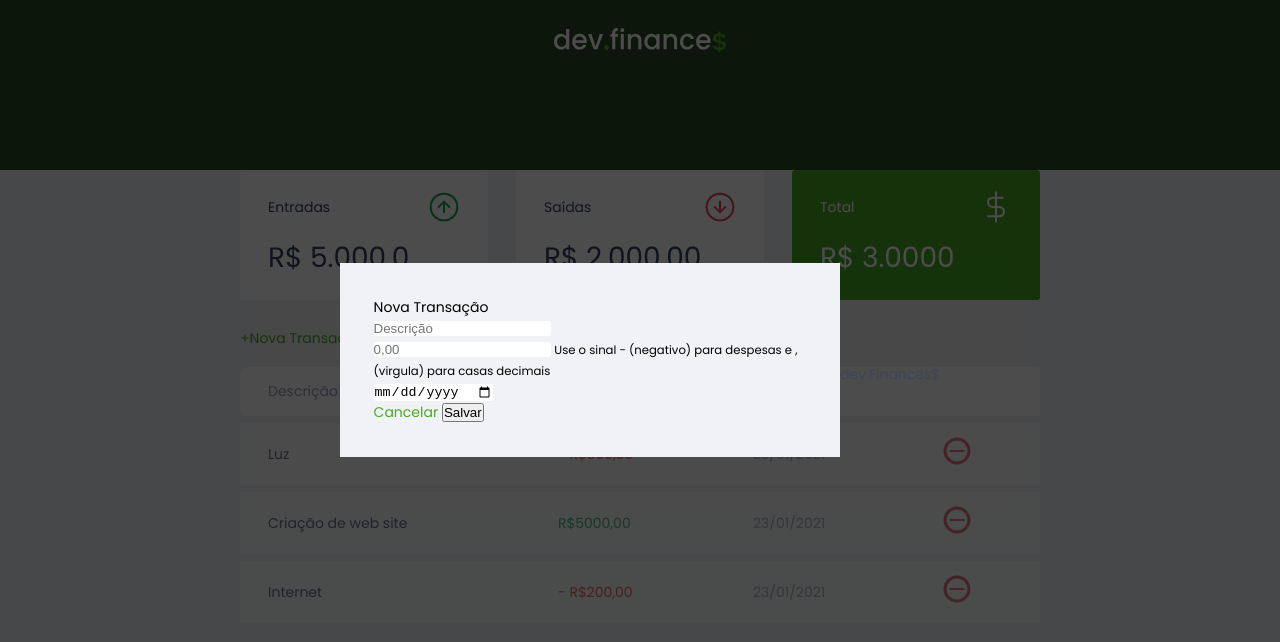
Repository: rafaelmgr12/maratona-dev01
Page: index.html
These files come from the project's save history. The page is drawn as it stood at one moment and after the next save; the edit follows.
The browser window is 1280 px wide. The pictures show the whole page.

Above is the page before, as saved 2021-04-28 13:18:53.

### index.html
<!DOCTYPE html>
<html lang="pt-br">
  <head>
    <meta charset="UTF-8" />
    <meta http-equiv="X-UA-Compatible" content="IE=edge" />
    <meta name="viewport" content="width=device-width, initial-scale=1.0" />
    <title>Rafael-app.finance$</title>
    <link rel="stylesheet" href="style.css" />
    <link rel="preconnect" href="https://fonts.gstatic.com" />
    <link
      href="https://fonts.googleapis.com/css2?family=Poppins:ital,wght@0,100;0,400;0,700;1,100;1,400;1,700&display=swap"
      rel="stylesheet"
    />
  </head>
  <body>
    <header>
      <img src="./assets/logo.svg" alt="Logo dev.Finance" />
    </header>
    <main class="container">
      <section id="balance">
        <h2 class="sr-only">Balanço</h2>

        <div class="card">
          <h3>
            <span>Entradas </span>
            <img src="./assets/income.svg" alt="Imagem de entradas" />
          </h3>
          <p>R$ 5.000,0</p>
        </div>
        <div class="card">
          <h3>
            <span>Saídas</span>
            <img src="./assets/expense.svg" alt="Image de saídas" />
          </h3>
          <p>R$ 2.000,00</p>
        </div>
        <div class="card total">
          <h3>
            <span>Total</span>
            <img src="./assets/total.svg" alt="Image de total" />
          </h3>
          <p>R$ 3.0000</p>
        </div>
      </section>
      <section id="transaction">
        <h2 class="sr-only">Transações</h2>

        <a href="#" class="button new">+Nova Transação</a>

        <table id="data-table">
          <thead>
            <tr>
              <th>Descrição</th>
              <th>Valor</th>
              <th>Data</th>
              <th></th>
            </tr>
          </thead>
          <tbody>
            <tr>
              <td class="description">Luz</td>
              <td class="expense">- R$500,00</td>
              <td class="date">23/01/2021</td>
              <td><img src="./assets/minus.svg" alt="Retirar Transação" /></td>
            </tr>
            <tr>
              <td class="description">Criação de web site</td>
              <td class="income">R$5000,00</td>
              <td class="date">23/01/2021</td>
              <td><img src="./assets/minus.svg" alt="Retirar Transação" /></td>
            </tr>
            <tr>
              <td class="description">Internet</td>
              <td class="expense">- R$200,00</td>
              <td class="date">23/01/2021</td>
              <td><img src="./assets/minus.svg" alt="Retirar Transação" /></td>
            </tr>
          </tbody>
        </table>
      </section>
    </main>
    <div class="modal-overlay active">
      <div class="modal">
        Nova Transação
        <form action="">
          <div class="input-group">
            <label class="sr-only" for="description"> Descrição </label>
            <input
              type="text"
              id="description"
              name="description"
              placeholder="Descrição"
            />
          </div>
          <div class="input-group">
            <label class="sr-only" for="amount"> Valor </label>
            <input
              type="number"
              step="0.01"
              id="amount"
              name="amount"
              placeholder="0,00"
            />
            <small class="help">
              Use o sinal - (negativo) para despesas e , (virgula) para casas
              decimais
            </small>
            <div class="input-group">
              <label class="sr-only" for="date"> Data </label>
              <input
                type="date"
                step="0.01"
                id="date"
                name="date"
              />
          </div>
          <div class="input-group actions">
            <a href="#" class="button cancel"> Cancelar</a>
            <button>Salvar</button>
          </div>
        </form>
      </div>
    </div>
    <footer>dev.Finances$</footer>
  </body>
</html>

### style.css
/* Global ======================================== */
:root {
  --dark-blue: #363f5f;
}
* {
  margin: 0;
  padding: 0;
  box-sizing: border-box;
}

html {
  font-size: 93.75%; /* 15px */
}

body {
  background: #f0f2f5;
  font-family: "Poppins", sans-serif;
}
/*Tricks para sumir elementos da tela, mantendo a funcionalidade de um screenreader*/
.sr-only {
  position: absolute;
  width: 1px;
  height: 1px;
  padding: 0;
  margin: -1px;
  overflow: hidden;
  clip: rect(0, 0, 0, 0);
  white-space: nowrap;
  border-width: 0;
}
.container {
  width: min(90vw, 800px);
  margin: auto;
}
/* Titles ======================================== */
h2 {
  margin-top: 3.2rem;
  margin-bottom: 0.8rem;
  color: var(--dark-blue);

  font-weight: normal;
}
/* Links and Buttons ======================================== */
a {
  color: #49aa26;
  text-decoration: none;
}

a:hover {
  color: #3dd705;
}

.button.new {
  display: inline-block;
  margin-bottom: 0.8rem;
}

/* Header ======================================== */
header {
  background: #2d4a22;
  padding: 2rem 0 8rem;
  text-align: center;
}

#logo {
  color: #fff;
  font-weight: 100;
}

/* Balance ======================================== */
balance {
  margin-top: -8rem;
}

balance h2 {
  color: white;
  margin-top: 0;
}

/* Cards ======================================== */

.card {
  background: white;
  padding: 1.5rem 2rem;
  border-radius: 0.25rem;

  margin-bottom: 2rem;

  color: var(--dark-blue);
}

.card h3 {
  font-weight: normal;
  font-size: 1rem;
  display: flex;
  align-items: center;
  justify-content: space-between;
}

.card p {
  font-size: 2rem;
  line-height: 3rem;

  margin-top: 1rem;
}

.card.total {
  background: #49aa26;
  color: white;
}
/* Table  ======================================== */
#transaction {
  display: block;
  width: 100%;
  overflow-x: auto;
}
#data-table {
  width: 100%;
  border-spacing: 0 0.5rem;
  color: #969cb3;

  overflow-x: auto; /*Para lidar com transbordamento do container*/
}
table thead tr th:first-child,
table thead tr td:first-child {
  border-radius: 0.5rem 0 0 0.5rem;
}

table thead tr th:last-child,
table thead tr td:last-child {
  border-radius: 0 0.25rem 0.25rem 0;
}

table thead th {
  background: white;

  font-weight: normal;
  padding: 1rem 2rem;
  text-align: left;
}
table tbody tr {
  opacity: 0.7;
}
table tr:hover {
  opacity: 1;
}
table tbody td {
  background: white;
  padding: 1rem 2rem;
}

td.description {
  color: var(--dark-blue);
}

td.income {
  color: #12a454;
}
td.expense {
  color: #e92929;
}
/* Modal ======================================== */
.modal-overlay {
  width: 100%;
  height: 100%;

  background-color: rgb(0, 0, 0, 0.7);
  position: fixed;
  top: 0;

  display: flex;
  align-items: center;
  justify-content: center;

  opacity: 0;
  visibility: hidden;
}
.modal-overlay.active {
  opacity: 1;
  visibility: visible;
}
.modal {
  background: #f0f2f5;
  padding: 2.4rem;
  position: relative;
  width: 70%;
  max-width: 500px;
}
/* Form ======================================== */

#form {
  max-width: 500px;
}
#form h2 {
  margin-top: 0;
}

input {
  border: none;
  border-radius : 0.2rem;
}

/* footer ======================================== */
footer {
  text-align: center;
  padding: 4rem 0 2rem;
  color: var(--dark-blue);

  opacity: 0.6;
}
/* Responsive ======================================== */

@media (min-width: 800px) {
  html {
    font-size: 87.5%;
  }
  #balance {
    display: grid;
    grid-template-columns: repeat(3, 1fr);
    gap: 2rem;
  }
}

After the next save:
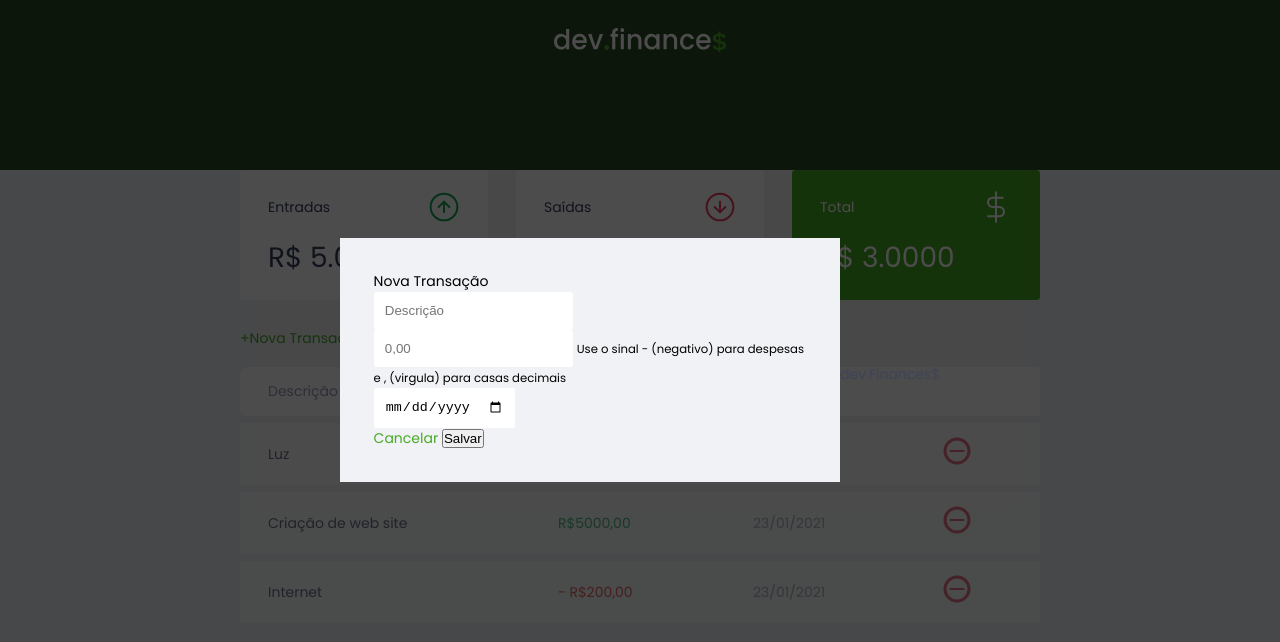
Saved 25 s later.
--- a/style.css
+++ b/style.css
@@ -198,6 +198,7 @@ td.expense {
 input {
   border: none;
   border-radius : 0.2rem;
+  padding : 0.8rem;
 }
 
 /* footer ======================================== */
